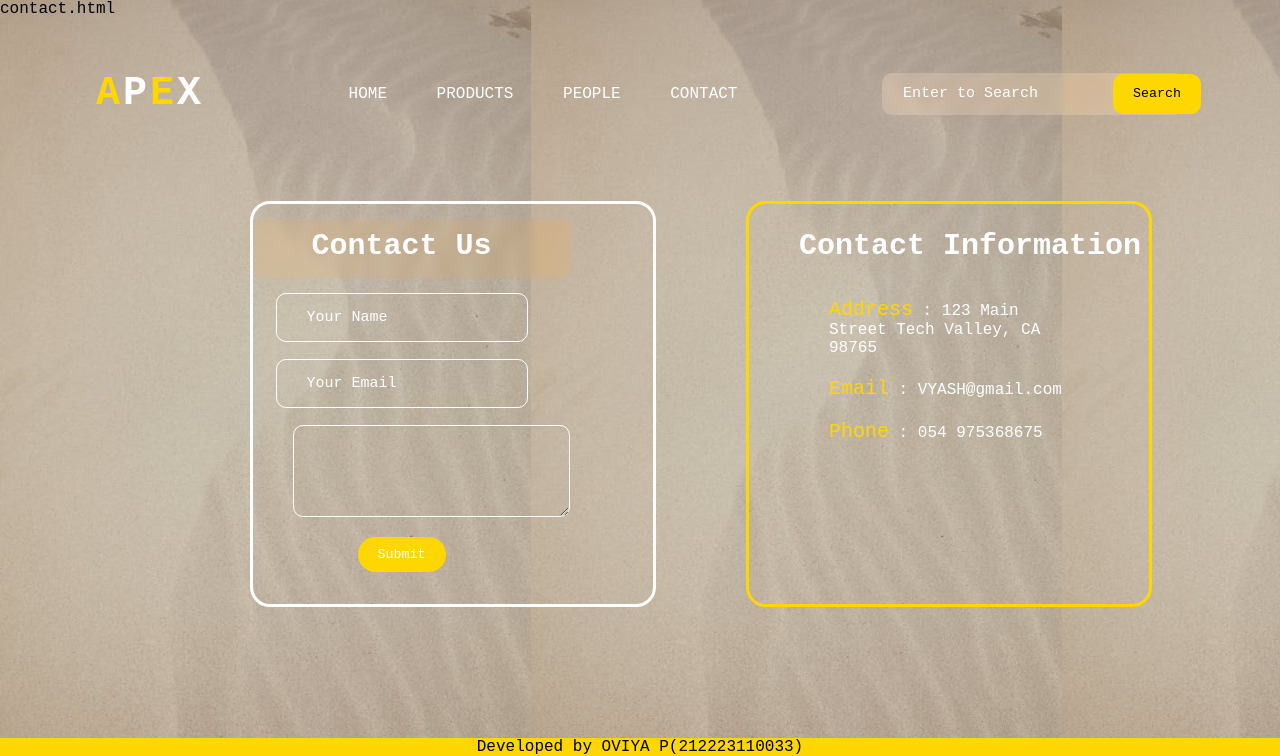
Repository: Oviya24032K6/softweb
Page: oviya/softapp/static/contact.html
An editor plug-in stored every save of this project. The page is shown before and after the next save, followed by the edit.
The browser window is 1280 px wide. The pictures show the whole page.

Above is the page before, as saved 2024-04-27 13:52:53.

### oviya/softapp/static/contact.html
contact.html
<html>
    <head>
        <meta name="viewport" content="width=device-width, initial-scale=1.0">
        <title>APEX</title>
        <style type="text/css">
            * {
                margin: 0;
                padding: 0;
                font-family: 'Courier New', Courier, monospace;
                        }
            .banner {
                width: 100%;
                height: 100vh;
                background-size: cover;
                background-position: center;
            }
            .navbar {
                width: 85%;
                margin: auto;
                padding: 35px 0;
                display: flex;
                align-items: center;
                justify-content: space-between;
            }
            .logo {
                color:gold;
                font-size: 40px;
                font-weight: 700;
                letter-spacing: 3px;
            }
            span {
                color: white;
            }
            form {
                width: 300px;
                height: 40px;
                display: flex;
                background: rgba(255, 255, 255, 0.2);
                padding: 1px 1px;
                font-size: 15px;
                border-radius: 10px;
                backdrop-filter: blur(4px) saturate(180%);
            }
            form input {
                background: transparent;
                flex: 1;
                border: 0;
                outline: none;
                padding: 12px 20px;
                font-size: 15px;
                color: white;
            }
            ::placeholder {
                color: white;
            }
            form button {
                border: 0;
                outline: none;
                padding: 5px 20px;
                color:black;
                border-radius: 10px;
                background:gold;
                cursor: pointer;
            }
            .navbar li {
                list-style: none;
                display: inline-block;
                margin: 0 20px;
                position: relative;
            }
            .navbar li a {
                text-decoration: none;
                color: white;
                text-transform: uppercase;
            }
            .navbar li:hover {
                border: 1px;
                padding: 10px;
                color: white;
                background-color:gold;
                transition: 0.5s;
                cursor: pointer;
                border-radius: 30px;
            }
            .box {
                display: flex;
                column-gap: 40px;
                background: transparent;
                position: relative;
                top: 50px;
            }
            .box-1 {
                height: 400px;
                width: 400px;
                border: 3px solid white;
                border-radius: 20px;
                background: transparent;
                position: relative;
                left: 250px;
            }
            .box-2 {
                height: 400px;
                width: 400px;
                border: 3px solid gold;
                border-radius: 20px;
                background: transparent;
                position: relative;
                left: 300px;
            }
            .box-1 form {
                display: flex;
                color: white;
                background: transparent;
                padding: 10px;
                font-size: 15px;
                position: relative;
                top: 15px;
            }
            .box-1 form input {
                background: transparent;
                display: flex;
                border: 1px solid white;
                border-radius: 10px;
                padding: 15px 30px;
                font-size: 15px;
                color: white;
                position: relative;
                top: 30px;
            }
            .box-1 form textarea {
                background: transparent;
                color: white;
                padding: 15px 10px;
                position: relative;
                top: 30px;
                left: 30px;
                border: 1px solid white;
                border-radius: 10px;
            }
            .box-1 form button {
                border: 0;
                outline: none;
                padding: 10px 20px;
                color: white;
                border-radius: 30px;
                background: gold;
                cursor: pointer;
                position: relative;
                top: 50px;
            }
            .box-2 h2 {
                color: white;
                position: relative;
                top: 25px;
                left: 50px;
                font-size: 30px;
            }
            .box-2 p {
                color: white;
                position: relative;
                top: 50px;
                padding: 10px 80px;
            }
            .box-2 span {
                color: gold;
                font-size: 20px;
            }
            footer {
                background-color: gold;
                margin-top: auto;
            }
        </style>
    </head>
<body background="bg.jpg">
    <div class="banner">
        <br>
        <div class="navbar">
            <h1 class="logo">A<span>P</span>E<span>X</span></h1>
            <ul>
                <li><a href="home.html"> Home </a></li>
                <li><a href="Product.html"> Products </a></li>
                <li><a href="people.html"> People </a></li>
                <li><a href="contact.html"> Contact </a></li>
            </ul>
            <form action="" method="get">
                <input type="text" placeholder="Enter to Search">
                <button type="submit"> Search </button>
            </form>
        </div>
        <div class="box">
            <div class="box-1">
                <form>
                    <center>
                        <h1> Contact Us </h1>
                        <input type="text" placeholder="Your Name">
                        <br>
                        <input type="email" placeholder="Your Email">
                        <br>
                        <textarea rows="4" cols="30" placeholder="Your Message"> </textarea>
                        <br>
                        <button type="submit"> Submit </button>
                    </center>
                </form>
            </div>
            <div class="box-2">
                <h2> Contact Information </h2>
                <p> <span>Address</span> : 123 Main Street Tech Valley, CA 98765 </p>
                <p> <span>Email</span> : VYASH@gmail.com </p>
                <p> <span>Phone</span> : 054 975368675 </p>
            </div>
        </div>
    </div>
    <footer>
        <center> Developed by OVIYA P(212223110033)</center>
    </footer>
</body>
</html>

After the next save:
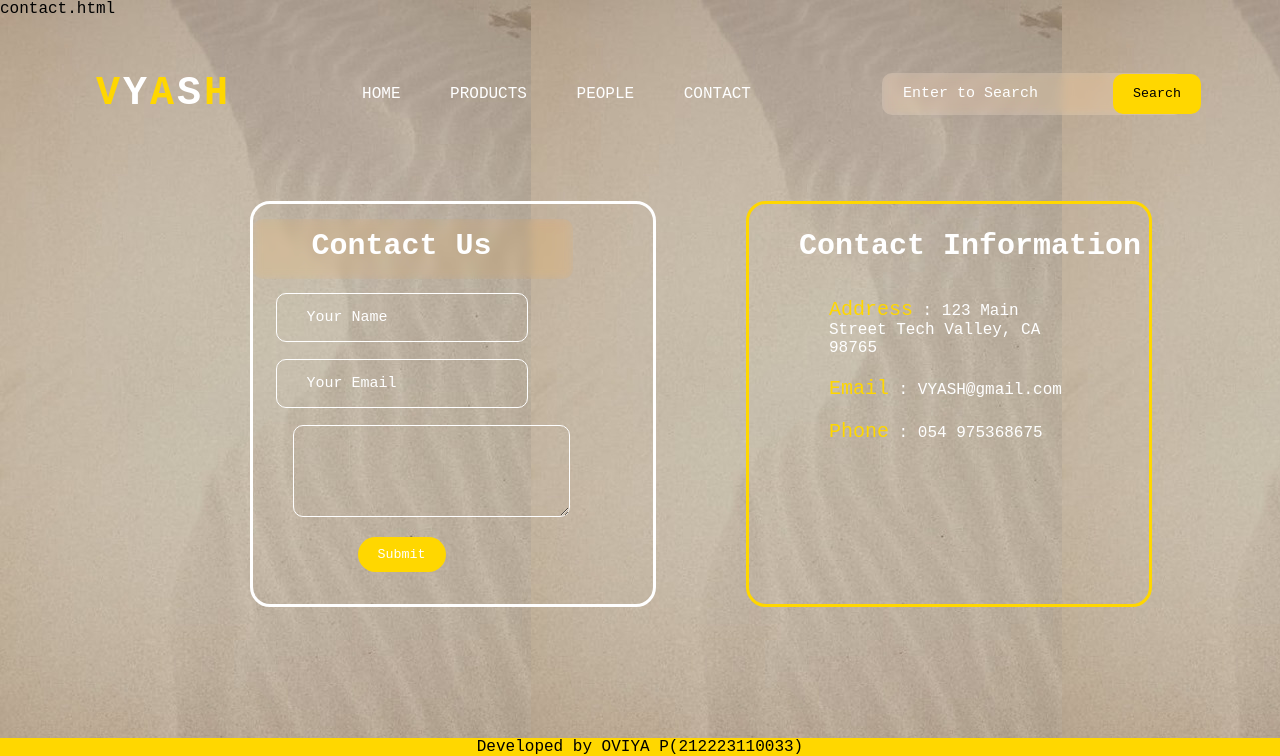
Saved 83 s later.
--- a/oviya/softapp/static/contact.html
+++ b/oviya/softapp/static/contact.html
@@ -176,7 +176,7 @@
     <div class="banner">
         <br>
         <div class="navbar">
-            <h1 class="logo">A<span>P</span>E<span>X</span></h1>
+            <h1 class="logo">V<span>Y</span>A<span>S</span>H<span> </span> </span></h1>
             <ul>
                 <li><a href="home.html"> Home </a></li>
                 <li><a href="Product.html"> Products </a></li>
